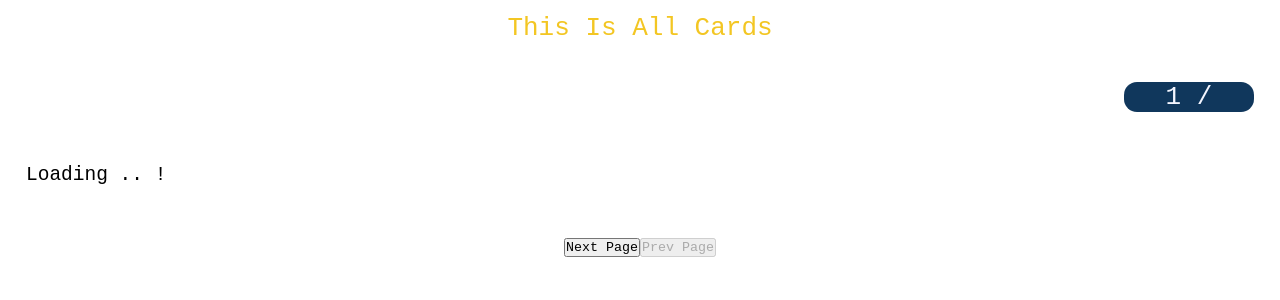
Repository: rehamtaher10/reactQueryTask
Page: /
The author's editor kept a copy of each file at every save. The page is drawn from the files as they stood at one save, then again after a run of saves.
The browser window is 1280 px wide. The pictures show the whole page.
The page's requests for data from a server got no answer. The project was rebuilt for these pictures with package versions that can differ from the ones it lists, and the page was loaded fresh each time. No one was signed in, and anything a server would have sent is missing. Also part of the build but not shown: vite.config.js.

Above is the page before, as saved 2024-12-07 20:24:31.

### src/main.jsx
import { StrictMode } from "react";
import { createRoot } from "react-dom/client";
import "./style/app.css";
import App from "./App.jsx";
import {
  QueryClient,
  QueryClientProvider,
  useQuery,
} from "@tanstack/react-query";

const queryClient = new QueryClient();

createRoot(document.getElementById("root")).render(
  <StrictMode>
    <QueryClientProvider client={queryClient}>
      <App />
    </QueryClientProvider>
  </StrictMode>
);

### src/style/app.css
*{
    padding: 0;
    margin: 0;
    box-sizing: border-box;
    font-family: monospace;
    font-weight: 400;
}
.productContainer{
    padding: 2em;
    display: flex;
    flex-wrap: wrap;
    gap: 2em;
}
.post{
    width: calc((100% - 4em) / 3);
    background: #f2f2f2;
    border: 1px solid rgba(0, 0, 0, .2);
}
.post img{
    width: 100%;
    height: 350px;
    object-fit: cover;
    display: block;
    margin-left: auto;
    margin-right: auto;
}
.post h2{
    padding-inline: 1em;
    padding-block: 1.5em;
    font-size: 1.3rem;
    color:#10375C;
}
.post p{
    width: fit-content;
    padding-inline: 1em;
    margin-block: .5rem;
    background-color: #EB8317;
    color: #F4F6FF;
    font-size: 1.3rem;
    font-weight: bold;
}
h1{
    color: #F3C623;
    text-align: center;
    padding-block: 1rem;
    font-family: monospace;
    font-size: 2rem;
}
.pagination{
    padding: 2em;
    direction: rtl;
}
.pagination p{
    background-color:#10375C ;
    color: #F4F6FF;
    font-size: 2rem;
    width: 10rem;
    text-align: center;
    border-radius: 1rem;
    direction: ltr;
}
.buttons{
    display: flex;
    align-items: center;
    justify-content: center;

}
.button{
    background-color:#10375C ;
    color: #F4F6FF;
    direction: ltr;
    margin-right: 1rem;
}

### src/App.jsx
import { useQuery } from "@tanstack/react-query";
import React, { useState } from "react";
function App() {
  const [page, setPage] = useState(0);
  const limit = 9;

  const productsFetch = async (page = 0) => {
    const res = await fetch(
      `https://dummyjson.com/products?limit=${limit}&skip=${page * limit}`
    );
    const productRes = await res.json();
    return productRes;
  };

  const { data, isLoading } = useQuery({
    queryKey: ["products", page],
    queryFn: () => productsFetch(page),
  });

  return (
    <>
      <h1>This Is All Cards</h1>

      <div className="pagination">
        <p>{page + 1} / {data?.total && Math.ceil(data?.total / limit)}</p>
      </div>
      <div className="productContainer">
        {isLoading ? (
          <h2>Loading .. !</h2>
        ) : (
          data?.products.map((ele) => (
            <div class="post" key={ele.id}>
              <div>
                <img src={ele.images?.[0]} />
              </div>
              <h2>${ele.title} </h2>
              <p>${ele.price} $</p>
            </div>
          ))
        )}
      </div>
      <div className="pagination buttons">
        <button disabled={page == 0} >Prev Page</button>
        <button disabled={data?.products?.length < limit}>Next Page</button>

      </div>
    </>
  );
}

export default App;

Loaded but not shown: index.html (common file)

After the next 2 saves:
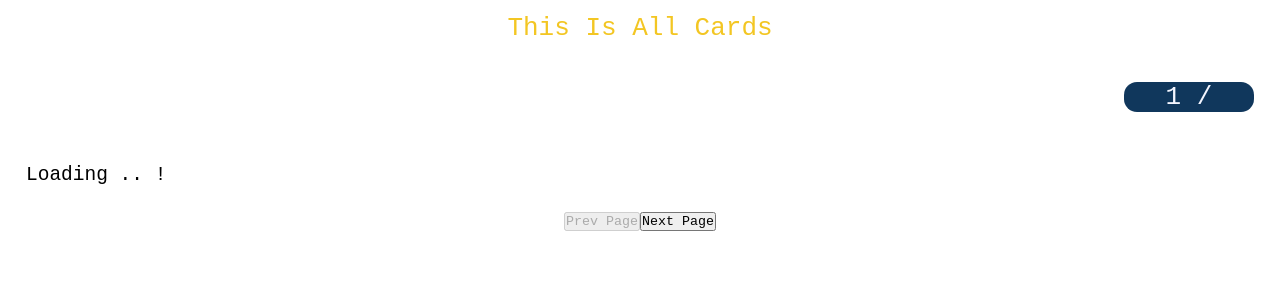
The 2 saves are shown as one change because they came seconds apart.
The last was saved 18 s later.
--- a/src/App.jsx
+++ b/src/App.jsx
@@ -39,7 +39,7 @@ function App() {
           ))
         )}
       </div>
-      <div className="pagination buttons">
+      <div className="buttons">
         <button disabled={page == 0} >Prev Page</button>
         <button disabled={data?.products?.length < limit}>Next Page</button>
 
